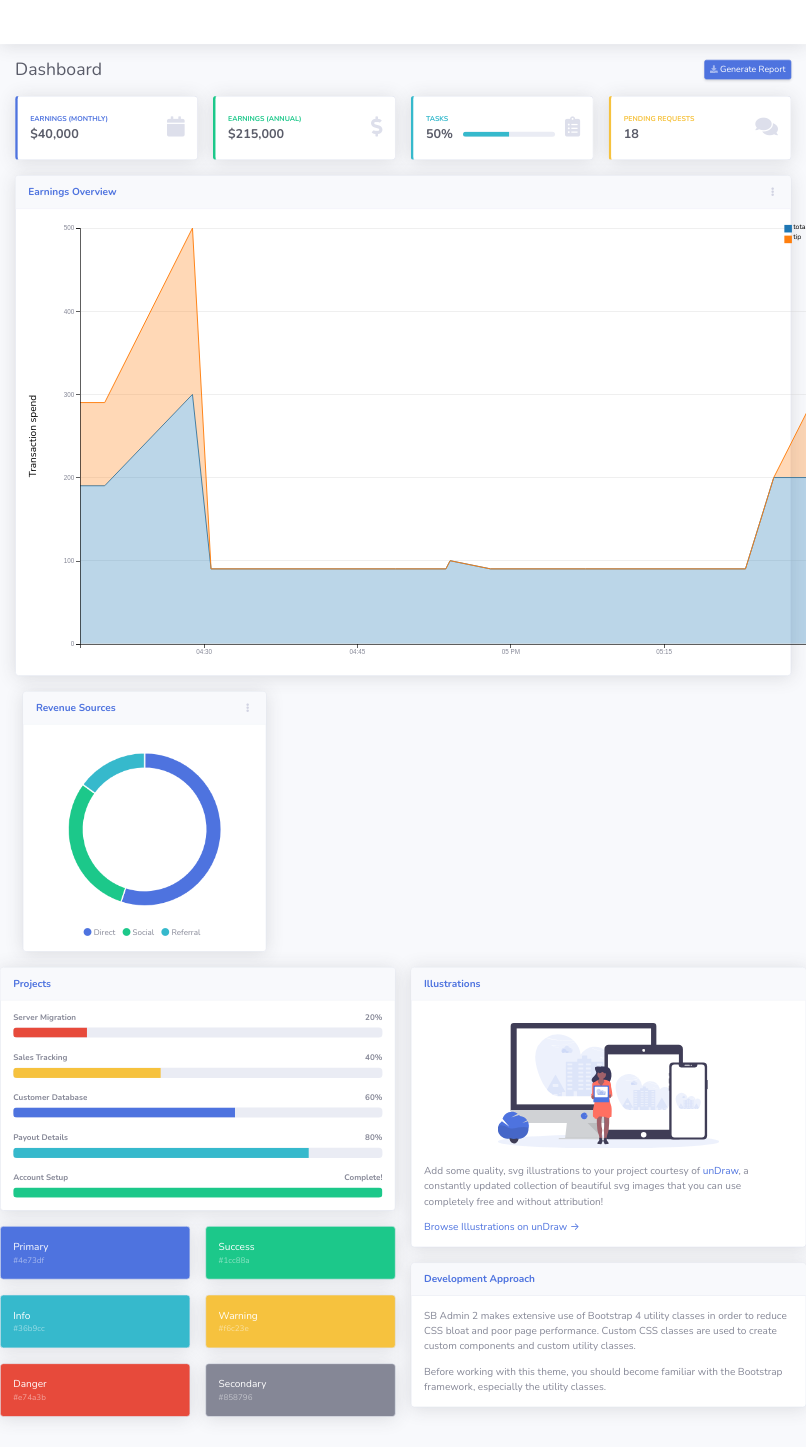
Repository: fLavery/NodeDashboard
Page: index.html
The author's editor kept a record of every edit. The page is drawn from the files as they stood at one moment, then again after the next edit.
The browser window is 1280 px wide. The pictures show the whole page, at 63% of full size.

Above is the page before.
Console error: TypeError: Cannot read properties of null (reading 'length')

### index.html
<!DOCTYPE html>
<html lang="en">

<head>

  <meta charset="utf-8">
  <meta http-equiv="X-UA-Compatible" content="IE=edge">
  <meta name="viewport" content="width=device-width, initial-scale=1, shrink-to-fit=no">
  <meta name="description" content="">
  <meta name="author" content="">

  <title>Chainlink Node Dashboard</title>

  <!-- Custom fonts for this template-->
  <link href="vendor/fontawesome-free/css/all.min.css" rel="stylesheet" type="text/css">
  <link href="https://fonts.googleapis.com/css?family=Nunito:200,200i,300,300i,400,400i,600,600i,700,700i,800,800i,900,900i" rel="stylesheet">

  <!-- Custom styles for this template-->
  <link href="css/sb-admin-2.min.css" rel="stylesheet">
  <link rel="stylesheet" href="dc.css" type="text/css" />


</head>

<body id="page-top">

  <!-- Page Wrapper -->
  <div id="wrapper">

    <!-- Sidebar -->

      <!-- Sidebar - Brand -->

      <!-- Divider -->

    <!-- End of Sidebar -->

    <!-- Content Wrapper -->
    <div id="content-wrapper" class="d-flex flex-column">

      <!-- Main Content -->
      <div id="content">

        <!-- Topbar -->
        <nav class="navbar navbar-expand navbar-light bg-white topbar mb-4 static-top shadow">

          <!-- Sidebar Toggle (Topbar) -->
          <button id="sidebarToggleTop" class="btn btn-link d-md-none rounded-circle mr-3">
            <i class="fa fa-bars"></i>
          </button>

          <!-- Topbar Search -->

          <!-- Topbar Navbar -->
          <ul class="navbar-nav ml-auto">

            <!-- Nav Item - Search Dropdown (Visible Only XS) -->

            <!-- Nav Item - Alerts -->


            <!-- Nav Item - Messages -->

            <!-- Nav Item - User Information -->


        </nav>
        <!-- End of Topbar -->

        <!-- Begin Page Content -->
        <div class="container-fluid">

          <!-- Page Heading -->
          <div class="d-sm-flex align-items-center justify-content-between mb-4">
            <h1 class="h3 mb-0 text-gray-800">Dashboard</h1>
            <a href="#" class="d-none d-sm-inline-block btn btn-sm btn-primary shadow-sm"><i class="fas fa-download fa-sm text-white-50"></i> Generate Report</a>
          </div>

          <!-- Content Row -->
          <div class="row">

            <!-- Earnings (Monthly) Card Example -->
            <div class="col-xl-3 col-md-6 mb-4">
              <div class="card border-left-primary shadow h-100 py-2">
                <div class="card-body">
                  <div class="row no-gutters align-items-center">
                    <div class="col mr-2">
                      <div class="text-xs font-weight-bold text-primary text-uppercase mb-1">Earnings (Monthly)</div>
                      <div class="h5 mb-0 font-weight-bold text-gray-800">$40,000</div>
                    </div>
                    <div class="col-auto">
                      <i class="fas fa-calendar fa-2x text-gray-300"></i>
                    </div>
                  </div>
                </div>
              </div>
            </div>

            <!-- Earnings (Monthly) Card Example -->
            <div class="col-xl-3 col-md-6 mb-4">
              <div class="card border-left-success shadow h-100 py-2">
                <div class="card-body">
                  <div class="row no-gutters align-items-center">
                    <div class="col mr-2">
                      <div class="text-xs font-weight-bold text-success text-uppercase mb-1">Earnings (Annual)</div>
                      <div class="h5 mb-0 font-weight-bold text-gray-800">$215,000</div>
                    </div>
                    <div class="col-auto">
                      <i class="fas fa-dollar-sign fa-2x text-gray-300"></i>
                    </div>
                  </div>
                </div>
              </div>
            </div>

            <!-- Earnings (Monthly) Card Example -->
            <div class="col-xl-3 col-md-6 mb-4">
              <div class="card border-left-info shadow h-100 py-2">
                <div class="card-body">
                  <div class="row no-gutters align-items-center">
                    <div class="col mr-2">
                      <div class="text-xs font-weight-bold text-info text-uppercase mb-1">Tasks</div>
                      <div class="row no-gutters align-items-center">
                        <div class="col-auto">
                          <div class="h5 mb-0 mr-3 font-weight-bold text-gray-800">50%</div>
                        </div>
                        <div class="col">
                          <div class="progress progress-sm mr-2">
                            <div class="progress-bar bg-info" role="progressbar" style="width: 50%" aria-valuenow="50" aria-valuemin="0" aria-valuemax="100"></div>
                          </div>
                        </div>
                      </div>
                    </div>
                    <div class="col-auto">
                      <i class="fas fa-clipboard-list fa-2x text-gray-300"></i>
                    </div>
                  </div>
                </div>
              </div>
            </div>

            <!-- Pending Requests Card Example -->
            <div class="col-xl-3 col-md-6 mb-4">
              <div class="card border-left-warning shadow h-100 py-2">
                <div class="card-body">
                  <div class="row no-gutters align-items-center">
                    <div class="col mr-2">
                      <div class="text-xs font-weight-bold text-warning text-uppercase mb-1">Pending Requests</div>
                      <div class="h5 mb-0 font-weight-bold text-gray-800">18</div>
                    </div>
                    <div class="col-auto">
                      <i class="fas fa-comments fa-2x text-gray-300"></i>
                    </div>
                  </div>
                </div>
              </div>
            </div>
          </div>

          <!-- Content Row -->

          <div class="row">

            <!-- Area Chart -->
            <div class="col-xl-12 col-lg-7">
              <div class="card shadow mb-4">
                <!-- Card Header - Dropdown -->
                <div class="card-header py-3 d-flex flex-row align-items-center justify-content-between">
                  <h6 class="m-0 font-weight-bold text-primary">Earnings Overview</h6>
                  <div class="dropdown no-arrow">
                    <a class="dropdown-toggle" href="#" role="button" id="dropdownMenuLink" data-toggle="dropdown" aria-haspopup="true" aria-expanded="false">
                      <i class="fas fa-ellipsis-v fa-sm fa-fw text-gray-400"></i>
                    </a>
                    <div class="dropdown-menu dropdown-menu-right shadow animated--fade-in" aria-labelledby="dropdownMenuLink">
                      <div class="dropdown-header">Dropdown Header:</div>
                      <a class="dropdown-item" href="#">Action</a>
                      <a class="dropdown-item" href="#">Another action</a>
                      <div class="dropdown-divider"></div>
                      <a class="dropdown-item" href="#">Something else here</a>
                    </div>
                  </div>
                </div>
                <!-- Card Body -->
                <div class="card-body">
                  <div id="chart"></div>
  <script type="text/javascript" src="d3.js"></script>
  <script type="text/javascript" src="crossfilter.js"></script>
  <script type="text/javascript" src="dc.js"></script>

  <script type="text/javascript">

  function print_filter(filter) {
    var f=eval(filter);
    if (typeof(f.length) != "undefined") {}else{}
    if (typeof(f.top) != "undefined") {f=f.top(Infinity);}else{}
    if (typeof(f.dimension) != "undefined") {f=f.dimension(function(d) { return "";}).top(Infinity);}else{}
    console.log(filter+"("+f.length+") = "+JSON.stringify(f).replace("[","[\n\t").replace(/}\,/g,"},\n\t").replace("]","\n]"));
  }

  var data = [
  {date: "2011-11-14T16:17:54Z", quantity: 2, total: 190, tip: 100, type: "tab"},
  {date: "2011-11-14T16:20:19Z", quantity: 2, total: 190, tip: 100, type: "tab"},
  {date: "2011-11-14T16:28:54Z", quantity: 1, total: 300, tip: 200, type: "visa"},
  {date: "2011-11-14T16:30:43Z", quantity: 2, total: 90, tip: 0, type: "tab"},
  {date: "2011-11-14T16:48:46Z", quantity: 2, total: 90, tip: 0, type: "tab"},
  {date: "2011-11-14T16:53:41Z", quantity: 2, total: 90, tip: 0, type: "tab"},
  {date: "2011-11-14T16:54:06Z", quantity: 1, total: 100, tip: 0, type: "cash"},
  {date: "2011-11-14T16:58:03Z", quantity: 2, total: 90, tip: 0, type: "tab"},
  {date: "2011-11-14T17:07:21Z", quantity: 2, total: 90, tip: 0, type: "tab"},
  {date: "2011-11-14T17:22:59Z", quantity: 2, total: 90, tip: 0, type: "tab"},
  {date: "2011-11-14T17:25:45Z", quantity: 2, total: 200, tip: 0, type: "cash"},
  {date: "2011-11-14T17:29:52Z", quantity: 1, total: 200, tip: 100, type: "visa"}
];

data.forEach(function(d){
  var tempDate = new Date(d.date);
  d.date = tempDate;
})

var facts = crossfilter(data);
var typeDimension = facts.dimension(function(d){ return d.type; });
var typeGroup = typeDimension.group().reduceSum(function(d){ return d.total; });

var totalDimension = facts.dimension(function(d){ return d.total; });
var totalGroup = totalDimension.group(function(d){ return Math.floor(d/100)*100; });

var dateDimension = facts.dimension(function(d){ return d.date; });
var dateGroup = dateDimension.group().reduceSum(function(d){ return d.total; });
var dateGroupTip = dateDimension.group().reduceSum(function(d){ return d.tip; });

var minDate = dateDimension.bottom(1)[0].date;
var maxDate = dateDimension.top(1)[0].date;

var lineChart = dc.lineChart("#chart")
    .width(window.innerWidth-20)
    .height(window.innerHeight-20)
    .elasticX(true)
    .margins({top:10,bottom:30,right:10,left:70})
    .dimension(dateDimension)
    .group(dateGroup,"total spend")
    .stack(dateGroupTip,"tip")
    .yAxisLabel("Transaction spend")
    .renderHorizontalGridLines(true)
    .renderArea(true)
    .legend(dc.legend().x(1200).y(5).itemHeight(12).gap(5))
    .x(d3.scaleTime().domain([minDate,maxDate]));
    // .centerBar(true)
    //.xUnits(dc.units.fp.precision(100));
    // .barPadding(0.2)
    // .outerPadding(0)
    lineChart.yAxis().ticks(5);
    lineChart.xAxis().ticks(4);


dc.renderAll();

  // console.log(data);
   console.log(dateDimension.top(1)[0].date);
  //print_filter('dateDimension.bottom(3)');



  </script>

                  </div>
                </div>
              </div>
            </div>

            <!-- Pie Chart -->
            <div class="col-xl-4 col-lg-5">
              <div class="card shadow mb-4">
                <!-- Card Header - Dropdown -->
                <div class="card-header py-3 d-flex flex-row align-items-center justify-content-between">
                  <h6 class="m-0 font-weight-bold text-primary">Revenue Sources</h6>
                  <div class="dropdown no-arrow">
                    <a class="dropdown-toggle" href="#" role="button" id="dropdownMenuLink" data-toggle="dropdown" aria-haspopup="true" aria-expanded="false">
                      <i class="fas fa-ellipsis-v fa-sm fa-fw text-gray-400"></i>
                    </a>
                    <div class="dropdown-menu dropdown-menu-right shadow animated--fade-in" aria-labelledby="dropdownMenuLink">
                      <div class="dropdown-header">Dropdown Header:</div>
                      <a class="dropdown-item" href="#">Action</a>
                      <a class="dropdown-item" href="#">Another action</a>
                      <div class="dropdown-divider"></div>
                      <a class="dropdown-item" href="#">Something else here</a>
                    </div>
                  </div>
                </div>
                <!-- Card Body -->
                <div class="card-body">
                  <div class="chart-pie pt-4 pb-2">
                    <canvas id="myPieChart"></canvas>
                  </div>
                  <div class="mt-4 text-center small">
                    <span class="mr-2">
                      <i class="fas fa-circle text-primary"></i> Direct
                    </span>
                    <span class="mr-2">
                      <i class="fas fa-circle text-success"></i> Social
                    </span>
                    <span class="mr-2">
                      <i class="fas fa-circle text-info"></i> Referral
                    </span>
                  </div>
                </div>
              </div>
            </div>
          </div>

          <!-- Content Row -->
          <div class="row">

            <!-- Content Column -->
            <div class="col-lg-6 mb-4">

              <!-- Project Card Example -->
              <div class="card shadow mb-4">
                <div class="card-header py-3">
                  <h6 class="m-0 font-weight-bold text-primary">Projects</h6>
                </div>
                <div class="card-body">
                  <h4 class="small font-weight-bold">Server Migration <span class="float-right">20%</span></h4>
                  <div class="progress mb-4">
                    <div class="progress-bar bg-danger" role="progressbar" style="width: 20%" aria-valuenow="20" aria-valuemin="0" aria-valuemax="100"></div>
                  </div>
                  <h4 class="small font-weight-bold">Sales Tracking <span class="float-right">40%</span></h4>
                  <div class="progress mb-4">
                    <div class="progress-bar bg-warning" role="progressbar" style="width: 40%" aria-valuenow="40" aria-valuemin="0" aria-valuemax="100"></div>
                  </div>
                  <h4 class="small font-weight-bold">Customer Database <span class="float-right">60%</span></h4>
                  <div class="progress mb-4">
                    <div class="progress-bar" role="progressbar" style="width: 60%" aria-valuenow="60" aria-valuemin="0" aria-valuemax="100"></div>
                  </div>
                  <h4 class="small font-weight-bold">Payout Details <span class="float-right">80%</span></h4>
                  <div class="progress mb-4">
                    <div class="progress-bar bg-info" role="progressbar" style="width: 80%" aria-valuenow="80" aria-valuemin="0" aria-valuemax="100"></div>
                  </div>
                  <h4 class="small font-weight-bold">Account Setup <span class="float-right">Complete!</span></h4>
                  <div class="progress">
                    <div class="progress-bar bg-success" role="progressbar" style="width: 100%" aria-valuenow="100" aria-valuemin="0" aria-valuemax="100"></div>
                  </div>
                </div>
              </div>

              <!-- Color System -->
              <div class="row">
                <div class="col-lg-6 mb-4">
                  <div class="card bg-primary text-white shadow">
                    <div class="card-body">
                      Primary
                      <div class="text-white-50 small">#4e73df</div>
                    </div>
                  </div>
                </div>
                <div class="col-lg-6 mb-4">
                  <div class="card bg-success text-white shadow">
                    <div class="card-body">
                      Success
                      <div class="text-white-50 small">#1cc88a</div>
                    </div>
                  </div>
                </div>
                <div class="col-lg-6 mb-4">
                  <div class="card bg-info text-white shadow">
                    <div class="card-body">
                      Info
                      <div class="text-white-50 small">#36b9cc</div>
                    </div>
                  </div>
                </div>
                <div class="col-lg-6 mb-4">
                  <div class="card bg-warning text-white shadow">
                    <div class="card-body">
                      Warning
                      <div class="text-white-50 small">#f6c23e</div>
                    </div>
                  </div>
                </div>
                <div class="col-lg-6 mb-4">
                  <div class="card bg-danger text-white shadow">
                    <div class="card-body">
                      Danger
                      <div class="text-white-50 small">#e74a3b</div>
                    </div>
                  </div>
                </div>
                <div class="col-lg-6 mb-4">
                  <div class="card bg-secondary text-white shadow">
                    <div class="card-body">
                      Secondary
                      <div class="text-white-50 small">#858796</div>
                    </div>
                  </div>
                </div>
              </div>

            </div>

            <div class="col-lg-6 mb-4">

              <!-- Illustrations -->
              <div class="card shadow mb-4">
                <div class="card-header py-3">
                  <h6 class="m-0 font-weight-bold text-primary">Illustrations</h6>
                </div>
                <div class="card-body">
                  <div class="text-center">
                    <img class="img-fluid px-3 px-sm-4 mt-3 mb-4" style="width: 25rem;" src="img/undraw_posting_photo.svg" alt="">
                  </div>
                  <p>Add some quality, svg illustrations to your project courtesy of <a target="_blank" rel="nofollow" href="https://undraw.co/">unDraw</a>, a constantly updated collection of beautiful svg images that you can use completely free and without
                    attribution!
                  </p>
                  <a target="_blank" rel="nofollow" href="https://undraw.co/">Browse Illustrations on unDraw &rarr;</a>
                </div>
              </div>

              <!-- Approach -->
              <div class="card shadow mb-4">
                <div class="card-header py-3">
                  <h6 class="m-0 font-weight-bold text-primary">Development Approach</h6>
                </div>
                <div class="card-body">
                  <p>SB Admin 2 makes extensive use of Bootstrap 4 utility classes in order to reduce CSS bloat and poor page performance. Custom CSS classes are used to create custom components and custom utility classes.</p>
                  <p class="mb-0">Before working with this theme, you should become familiar with the Bootstrap framework, especially the utility classes.</p>
                </div>
              </div>

            </div>
          </div>

        </div>
        <!-- /.container-fluid -->

      </div>
      <!-- End of Main Content -->

      <!-- Footer -->

      <!-- End of Footer -->

    </div>
    <!-- End of Content Wrapper -->

  </div>
  <!-- End of Page Wrapper -->

  <!-- Scroll to Top Button-->
  <a class="scroll-to-top rounded" href="#page-top">
    <i class="fas fa-angle-up"></i>
  </a>

  <!-- Logout Modal-->
  <div class="modal fade" id="logoutModal" tabindex="-1" role="dialog" aria-labelledby="exampleModalLabel" aria-hidden="true">
    <div class="modal-dialog" role="document">
      <div class="modal-content">
        <div class="modal-header">
          <h5 class="modal-title" id="exampleModalLabel">Ready to Leave?</h5>
          <button class="close" type="button" data-dismiss="modal" aria-label="Close">
            <span aria-hidden="true">×</span>
          </button>
        </div>
        <div class="modal-body">Select "Logout" below if you are ready to end your current session.</div>
        <div class="modal-footer">
          <button class="btn btn-secondary" type="button" data-dismiss="modal">Cancel</button>
          <a class="btn btn-primary" href="login.html">Logout</a>
        </div>
      </div>
    </div>
  </div>

  <!-- Bootstrap core JavaScript-->
  <script src="vendor/jquery/jquery.min.js"></script>
  <script src="vendor/bootstrap/js/bootstrap.bundle.min.js"></script>

  <!-- Core plugin JavaScript-->
  <script src="vendor/jquery-easing/jquery.easing.min.js"></script>

  <!-- Custom scripts for all pages-->
  <script src="js/sb-admin-2.min.js"></script>

  <!-- Page level plugins -->
  <script src="vendor/chart.js/Chart.min.js"></script>

  <!-- Page level custom scripts -->
  <script src="js/demo/chart-area-demo.js"></script>
  <script src="js/demo/chart-pie-demo.js"></script>

</body>

</html>

Loaded but not shown: vendor/fontawesome-free/css/all.min.css (library); css/sb-admin-2.min.css (library); d3.js (library); dc.js (library); vendor/jquery/jquery.min.js (library); vendor/bootstrap/js/bootstrap.bundle.min.js (library); vendor/jquery-easing/jquery.easing.min.js (common file); js/sb-admin-2.min.js (common file); vendor/chart.js/Chart.min.js (library); js/demo/chart-area-demo.js (common file); js/demo/chart-pie-demo.js (common file); crossfilter.js (3167 lines, source omitted); dc.css (249 lines, source omitted)

After the next edit:
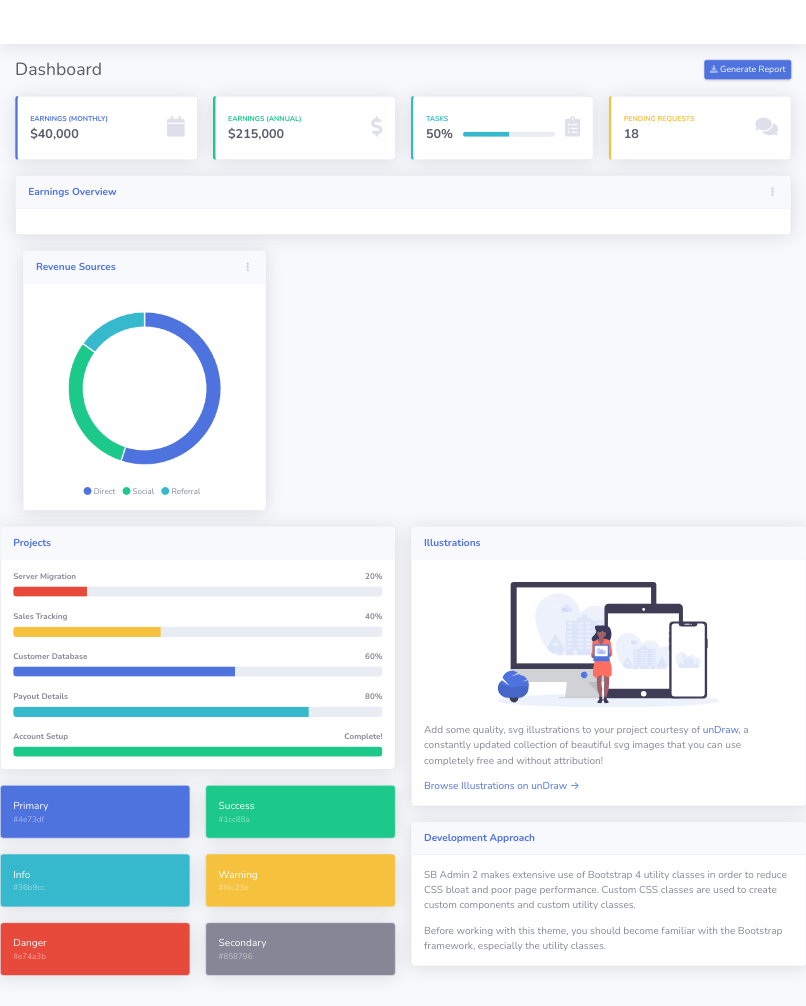
Console error: ReferenceError: apply_resizing is not defined
The edit:
--- a/index.html
+++ b/index.html
@@ -252,6 +252,9 @@
     lineChart.xAxis().ticks(4);
 
 
+    apply_resizing(chart, 20);
+
+
 dc.renderAll();
 
   // console.log(data);

After the 2 edits that followed:
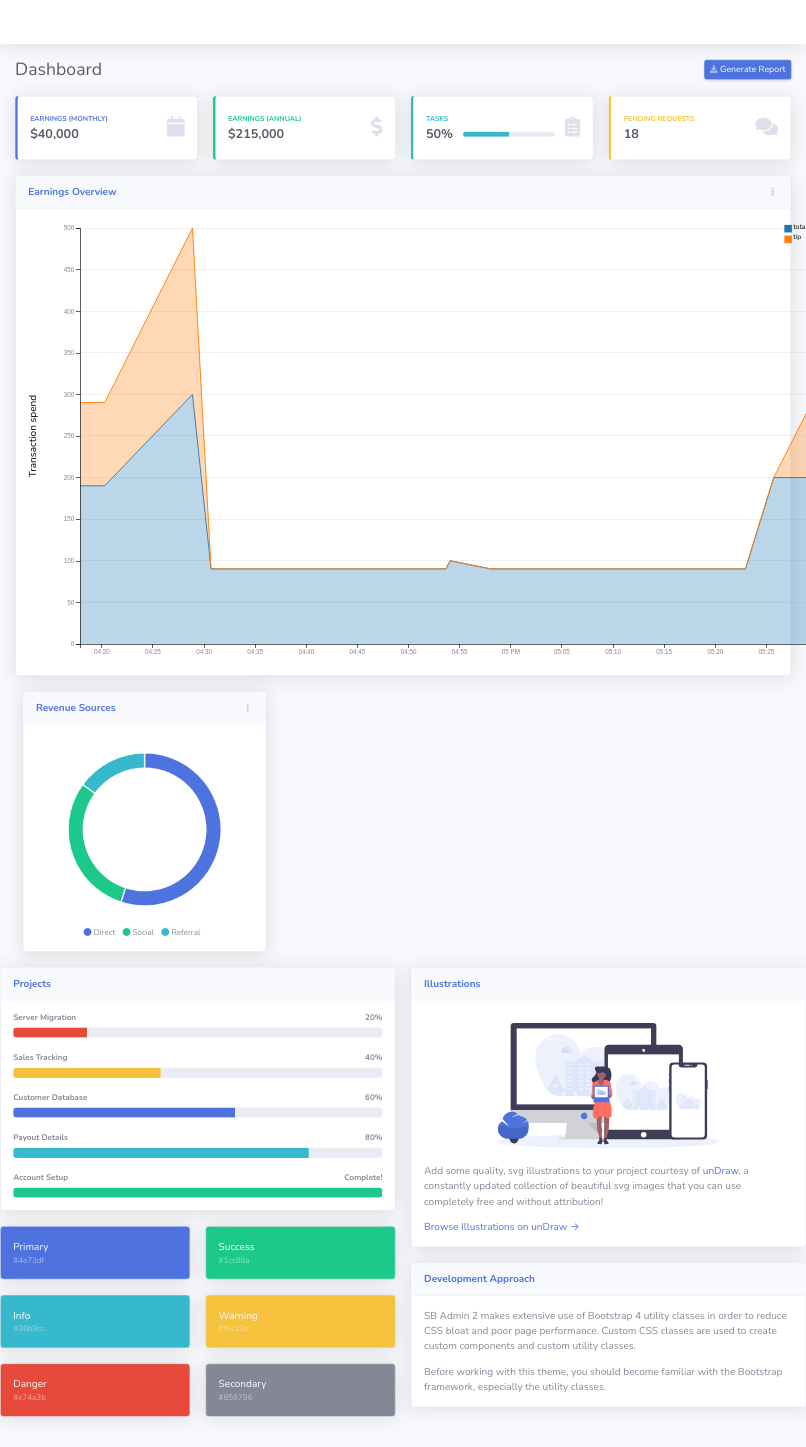
The 2 edits are shown as one change because 1 left the picture as it was.
The edit:
--- a/index.html
+++ b/index.html
@@ -243,11 +243,12 @@
     .renderHorizontalGridLines(true)
     .renderArea(true)
     .legend(dc.legend().x(1200).y(5).itemHeight(12).gap(5))
-    .x(d3.scaleTime().domain([minDate,maxDate]));
+    .x(d3.scaleTime().domain([minDate,maxDate]))
     // .centerBar(true)
     //.xUnits(dc.units.fp.precision(100));
     // .barPadding(0.2)
     // .outerPadding(0)
+    .render();
     lineChart.yAxis().ticks(5);
     lineChart.xAxis().ticks(4);
 
